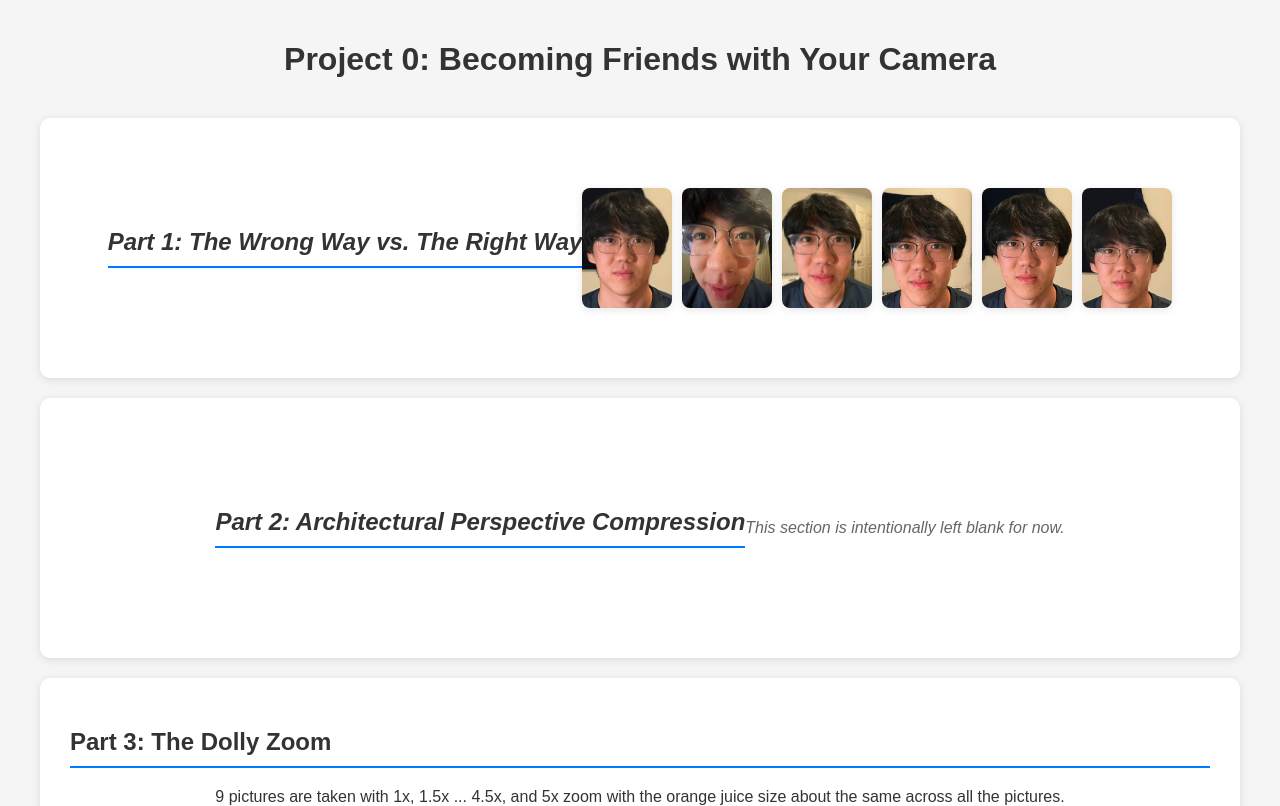
Repository: shuo-yuan/shuo-yuan.github.io
Page: 0/index.html
These files come from the project's save history. The page is drawn as it stood at one moment and after a run of saves; the edit follows.
The browser window is 1280 px wide. The pictures show the part of the page from y = 0 to 806 px (the page is 1200 px tall).
A picture or video elsewhere on the page could not be fetched, so the positions and the page height are approximate.

Above is the page before, as saved 2025-09-02 02:00:59.

After the next 2 saves:
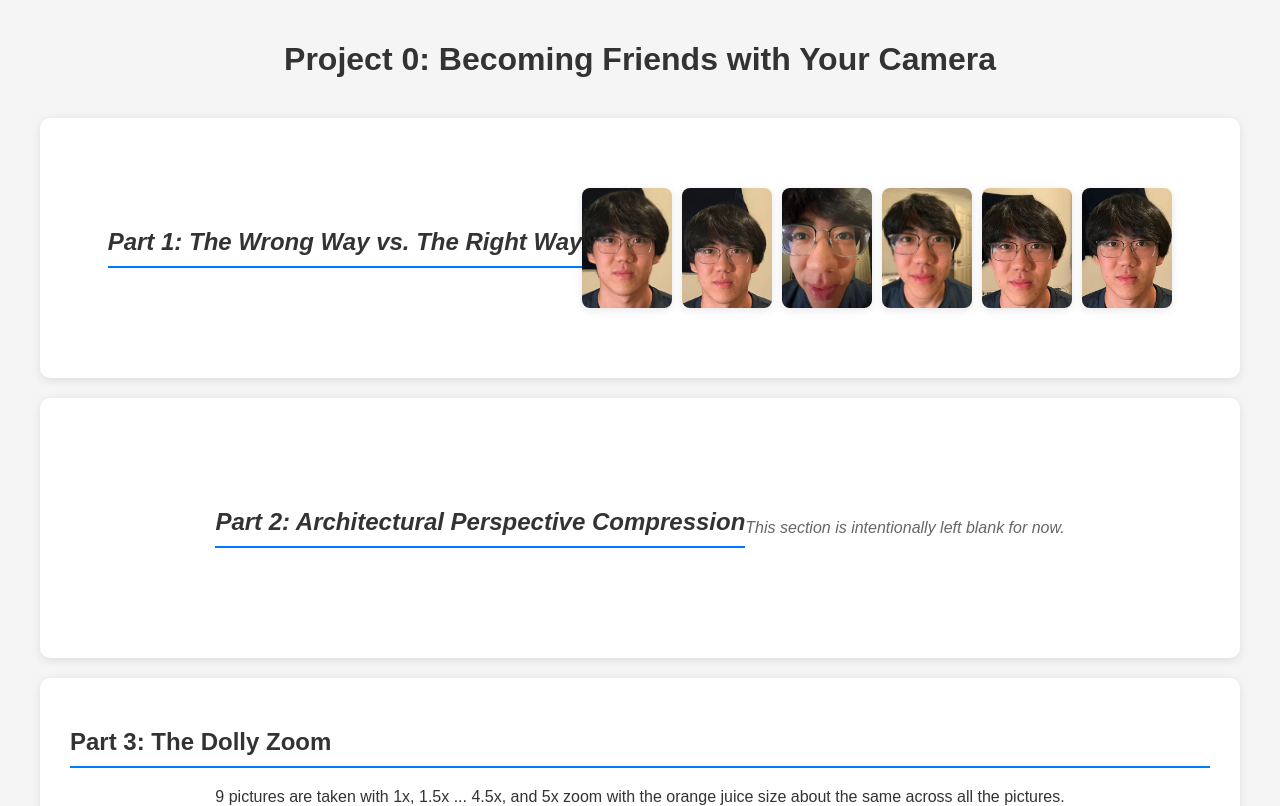
The 2 saves are shown as one change because they came seconds apart.
The last was saved 5 s later.
--- a/0/index.html
+++ b/0/index.html
@@ -81,11 +81,11 @@
         <h2>Part 1: The Wrong Way vs. The Right Way</h2>
         <div class="selfie-row">
             <img src="media/selfie_5.jpg" alt="Selfie 5x">
+            <img src="media/selfie_4.jpg" alt="Selfie 4x">
             <img src="media/selfie_05.jpg" alt="Selfie 0.5x">
             <img src="media/selfie_1.jpg" alt="Selfie 1x">
             <img src="media/selfie_2.jpg" alt="Selfie 2x">
             <img src="media/selfie_3.jpg" alt="Selfie 3x">
-            <img src="media/selfie_4.jpg" alt="Selfie 4x">
         </div>
     </div>
 
